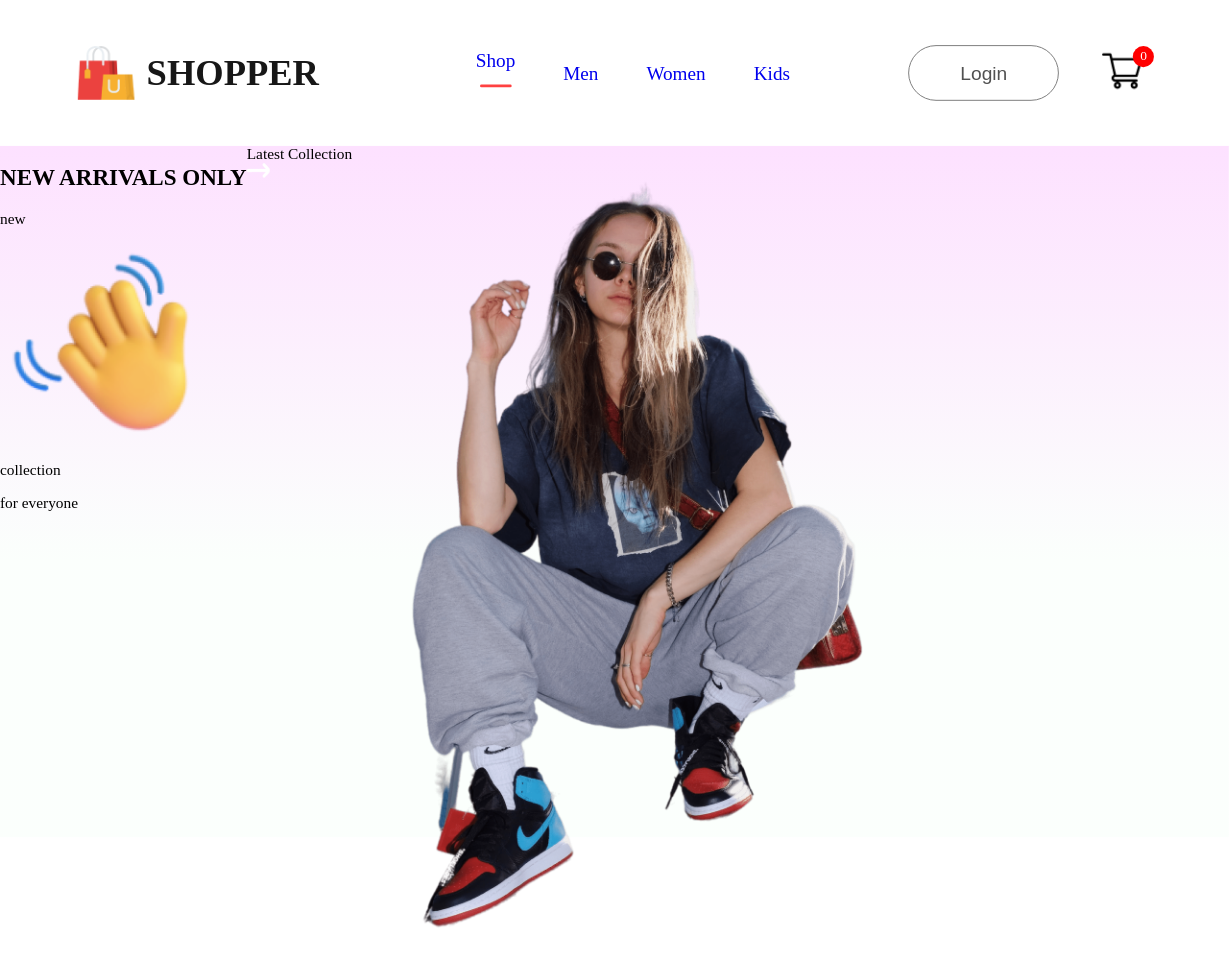
Repository: Ego-Wolf/Deploy-Reactjs-Websites
Page: /
An editor plug-in stored every save of this project. The page is shown before and after a run of saves, followed by the edit.
The browser window is 1280 px wide. The pictures show the whole page, at 96% of full size.
The project was rebuilt for these pictures with package versions that can differ from the ones it lists, and the page was loaded fresh each time. Also part of the build but not shown: src/App.css, src/Pages/ShopCategory.jsx, src/Pages/Product.jsx, src/Pages/LoginSignup.jsx. Imported but missing from the stored project, and not drawn on this page: src/Pages/Cart.

Above is the page before, as saved 2023-11-17 19:25:45.

After the next 2 saves:
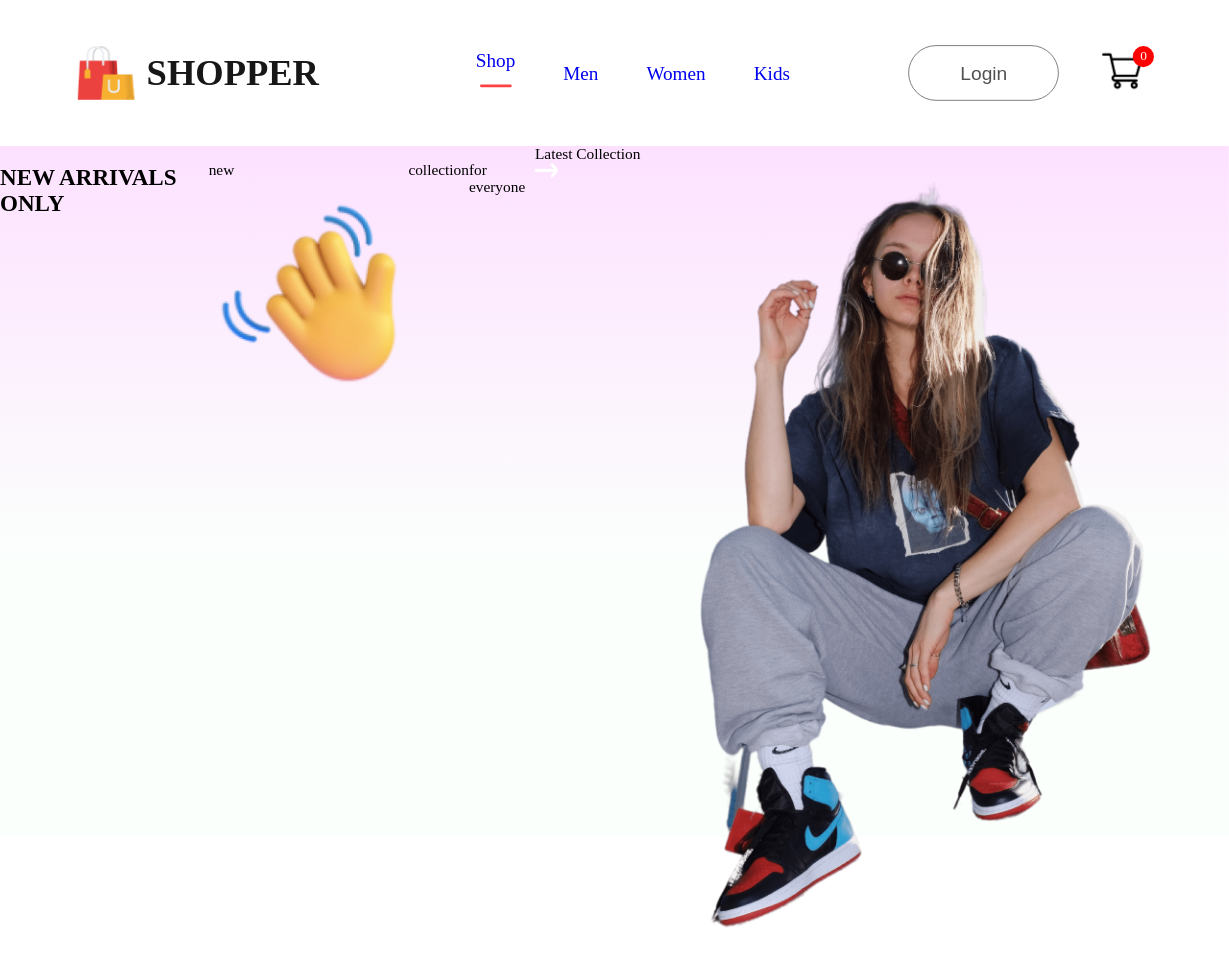
The 2 saves are shown as one change because they came seconds apart.
The last was saved 13 s later.
--- a/src/Components/Hero/Hero.css
+++ b/src/Components/Hero/Hero.css
@@ -5,5 +5,7 @@
 }
 
 .hero-left {
-    font: 1px;
+    flex: 1;
+    display: flex;
+    fdic
 }
